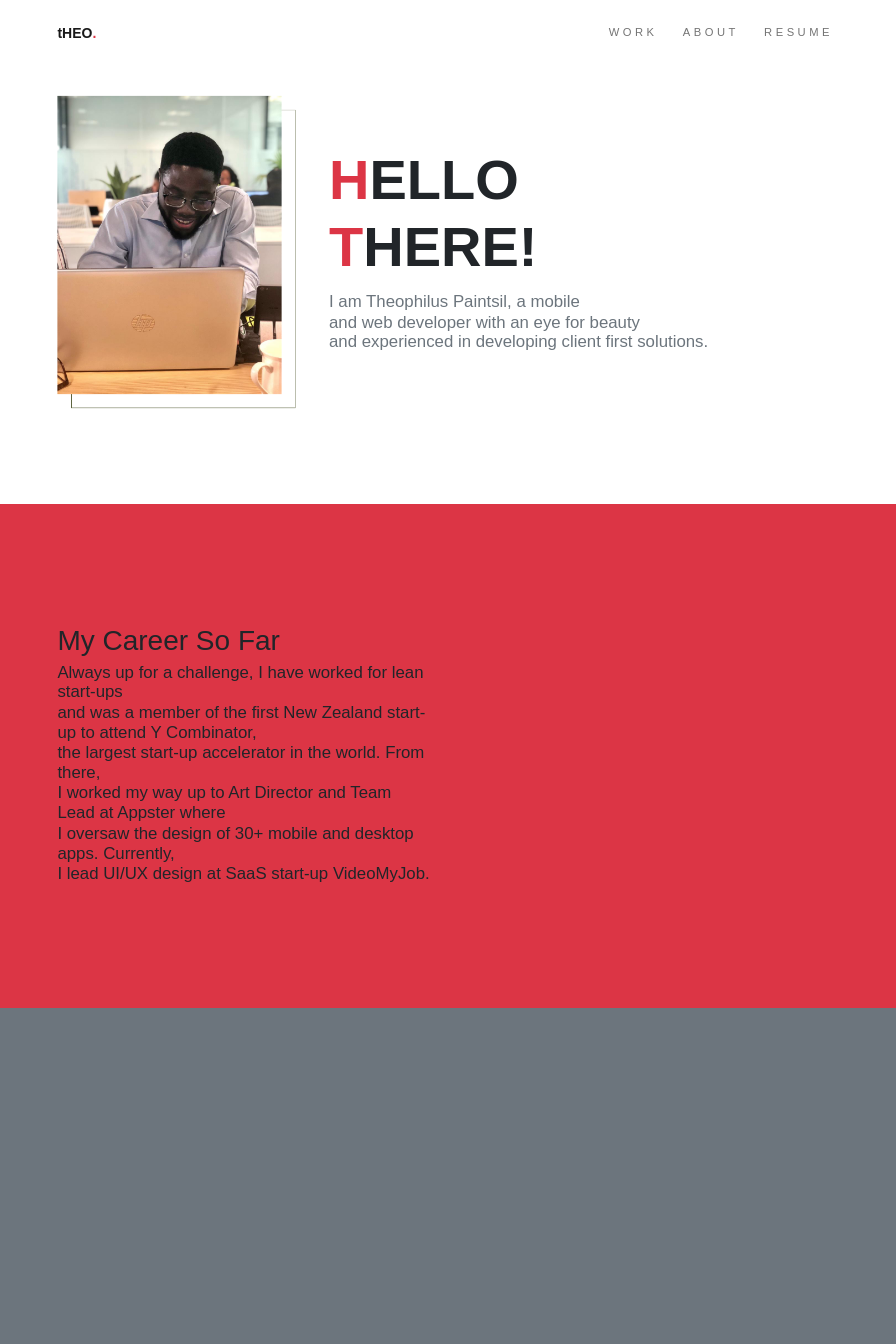
Repository: tHEO2k17/portfolio
Page: /
An editor plug-in stored every save of this project. The page is shown before and after the next save, followed by the edit.
The browser window is 1280 px wide. The pictures show the part of the page from y = 0 to 1920 px (the page is 3000 px tall), at 70% of full size.
The project was rebuilt for these pictures with package versions that can differ from the ones it lists, and the page was loaded fresh each time.

Above is the page before, as saved 2021-07-22 10:13:48.

### public/index.html
<!DOCTYPE html>
<html lang="en">
  <head>
    <meta charset="utf-8" />
    <link rel="icon" href="%PUBLIC_URL%/favicon.ico" />
    <meta name="viewport" content="width=device-width, initial-scale=1" />
    <meta name="theme-color" content="#000000" />
    <meta
      name="description"
      content="Web site created using create-react-app"
    />
    <link rel="apple-touch-icon" href="%PUBLIC_URL%/logo192.png" />
    <link rel="manifest" href="%PUBLIC_URL%/manifest.json" />
    <title>Theophilus Paintsil - Portfolio</title>
  </head>
  <body>
    <noscript>You need to enable JavaScript to run this app.</noscript>
    <div id="root"></div>
  </body>
</html>

### src/index.tsx
import React from 'react';
import ReactDOM from 'react-dom';
import './index.scss';
import App from './presentation/App';

ReactDOM.render(
  <React.StrictMode>
    <App />
  </React.StrictMode>,
  document.getElementById('root')
);

### src/index.scss
@import '~bootstrap/scss/bootstrap.scss';

body{
    font-family: Arial, Helvetica, sans-serif;
}
// Navbar
.navbar-light .navbar-nav{
    padding: 1.2rem 0rem;
}

.navbar-light .navbar-nav .nav-link {
   letter-spacing: 5px;
//    font-size: 14px;
}

.navbar-light .navbar-nav .nav-link:not(:last-child) {
    margin-right: 20px;
 }

### src/presentation/App.tsx
import React from 'react';
import { Switch, Route, BrowserRouter as Router, } from 'react-router-dom';
import HomePage from './pages/HomePage';

function App() {
  return (
    <Router>
      <Switch>
        <Route exact path="/" component={HomePage} />
      </Switch>
    </Router>
  );
}

export default App;

### src/presentation/pages/HomePage.tsx
import { Col, Container, Nav, Navbar, Row, Image } from "react-bootstrap";

export default function HomePage() {
    return (
        <>
            <Navbar expand="lg" fixed="top" variant="light">
                <Container>
                    <Navbar.Brand href="#home">
                        <span className="fw-bold">tHEO<b className="text-danger">.</b></span>
                    </Navbar.Brand>
                    <Navbar.Toggle />
                    <Navbar.Collapse>
                        <Nav className="ms-auto">
                            <Nav.Link href="#home">WORK</Nav.Link>
                            <Nav.Link href="#home">ABOUT</Nav.Link>
                            <Nav.Link href="#link">RESUME</Nav.Link>
                        </Nav>
                    </Navbar.Collapse>
                </Container>
            </Navbar>

            <header className="min-vh-100">
                <Container>
                    <Row className="align-items-center min-vh-100 my-auto gx-5">
                        <Col md="4"> <Image src="assets/images/theo.png" fluid /> </Col>
                        <Col>
                            <h1 className="display-1 fw-bold">
                                <b className="text-danger">H</b>ELLO <br />
                                <b className="text-danger">T</b>HERE!
                            </h1>
                            <h4 className="fw-light text-muted mt-3">
                                I am Theophilus Paintsil, a mobile <br />
                                and web developer with an eye for beauty <br />
                                and experienced in developing client first solutions.
                            </h4>
                        </Col>
                    </Row>
                </Container>
            </header>

            <section className="bg-danger min-vh-100">
                {/* skills and tools */}
                <Container>
                    <Row className="align-items-center min-vh-100 my-auto gx-5">
                        <Col>
                            <h1>My Career So Far</h1>
                            <h4>
                                Always up for a challenge, I have worked for lean start-ups<br />
                                and was a member of the first New Zealand start-up to attend Y Combinator, <br />
                                the largest start-up accelerator in the world. From there, <br />
                                I worked my way up to Art Director and Team Lead at Appster where <br />
                                I oversaw the design of 30+ mobile and desktop apps. Currently, <br />
                                I lead UI/UX design at SaaS start-up VideoMyJob.
                            </h4>
                        </Col>
                        <Col></Col>
                    </Row>
                </Container>
            </section>

            <section className="bg-secondary min-vh-100">
                {/* employment history */}
            </section>

            <section className="bg-light min-vh-100">
                {/* work gallery */}
            </section>

            <footer className="bg-dark text-white">
                <Container className="py-5">
                    <Row>
                        <Col>&copy; {new Date().getFullYear()} Theophilus Paintsil. All rights reserved </Col>
                    </Row>
                </Container>
            </footer>

        </>
    );
}

After the next save:
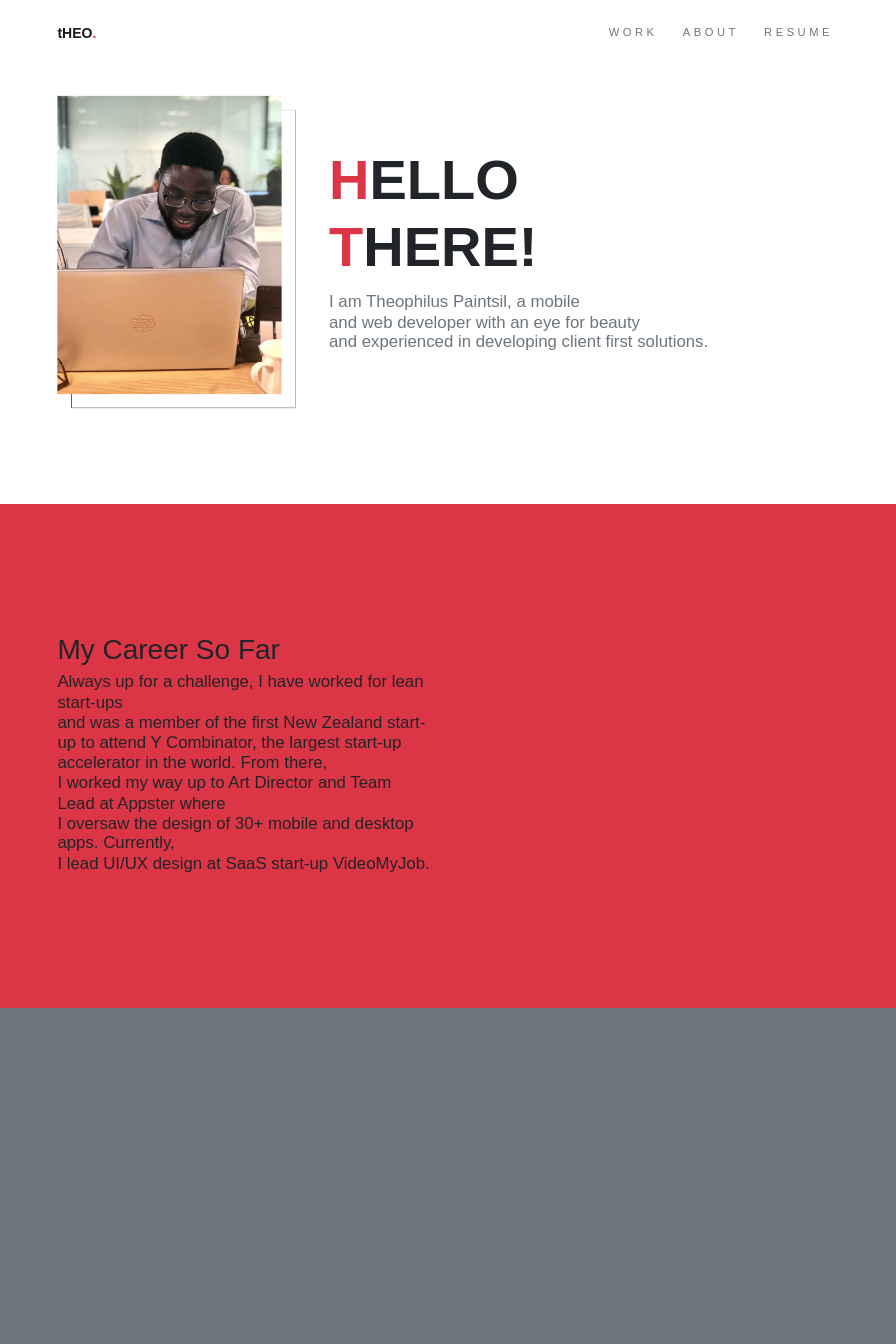
Saved 24 s later.
--- a/src/presentation/pages/HomePage.tsx
+++ b/src/presentation/pages/HomePage.tsx
@@ -46,7 +46,7 @@ export default function HomePage() {
                             <h1>My Career So Far</h1>
                             <h4>
                                 Always up for a challenge, I have worked for lean start-ups<br />
-                                and was a member of the first New Zealand start-up to attend Y Combinator, <br />
+                                and was a member of the first New Zealand start-up to attend Y Combinator,
                                 the largest start-up accelerator in the world. From there, <br />
                                 I worked my way up to Art Director and Team Lead at Appster where <br />
                                 I oversaw the design of 30+ mobile and desktop apps. Currently, <br />
